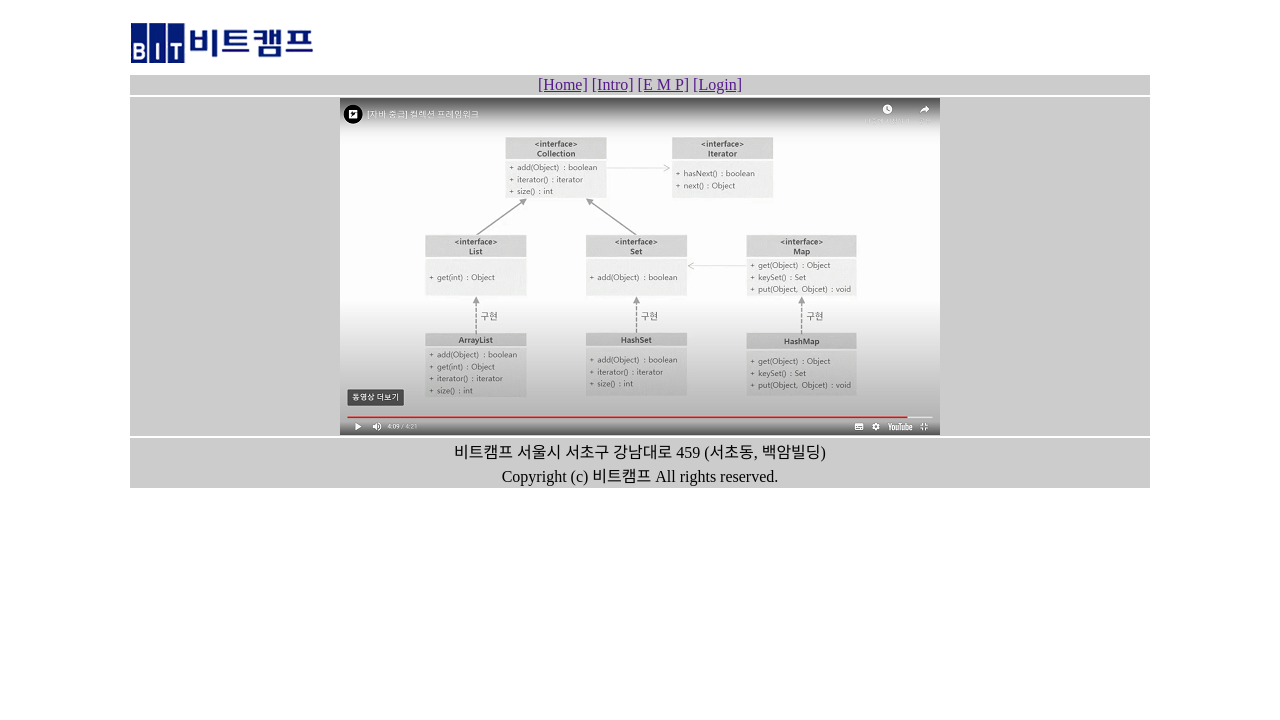
Repository: Lee-seongBeom/bitclass
Page: http://localhost/web09/?title=main
These files come from the project's save history. The page is drawn as it stood at one moment and after the next save; the edit follows.
The browser window is 1280 px wide. The pictures show the whole page.
The page is served by Tomcat 9. Other server files are loaded and not shown.

Above is the page before, as saved 2020-07-08 01:26:13.

### web/web09/WebContent/index.jsp
<%@ page language="java" contentType="text/html; charset=EUC-KR"
    pageEncoding="EUC-KR"%>
<!DOCTYPE html PUBLIC "-//W3C//DTD HTML 4.01 Transitional//EN" "http://www.w3.org/TR/html4/loose.dtd">
<html>
<head>
<meta http-equiv="Content-Type" content="text/html; charset=EUC-KR">
<title>Insert title here</title>
</head>
<body>
	<table width="1024" align="center">
		<tr>
			<td><img src="img/logo.png"></td>
		</tr>
		<tr>
			<td align="center" bgcolor="#cccccc">
				<a href="">[Home]</a>
				<a href="">[Intro]</a>
				<a href="">[E M P]</a>
				<a href="">[Login]</a>
			</td>
		</tr>
		<tr align="center" bgcolor="#cccccc">
		<%String title="main.jsp"; %>
			<td>
				<jsp:include page="<%=title%>"></jsp:include>
			</td>
		</tr>
		<tr align="center" bgcolor="#cccccc">
			<td>비트캠프 서울시 서초구 강남대로 459 (서초동, 백암빌딩)<br>
				Copyright (c) 비트캠프 All rights reserved.
			</td>
		</tr>

	</table>
</body>
</html>

### web/web09/WebContent/main.jsp
<%@ page language="java" contentType="text/html; charset=EUC-KR"
    pageEncoding="EUC-KR"%>
<!DOCTYPE html PUBLIC "-//W3C//DTD HTML 4.01 Transitional//EN" "http://www.w3.org/TR/html4/loose.dtd">
<html>
<head>
<meta http-equiv="Content-Type" content="text/html; charset=EUC-KR">
<title>Insert title here</title>
</head>
<body>
	<img alt="" src="img/img01.png">
</body>
</html>

### web/web09/WebContent/intro.jsp
<%@ page language="java" contentType="text/html; charset=EUC-KR"
    pageEncoding="EUC-KR"%>
<!DOCTYPE html PUBLIC "-//W3C//DTD HTML 4.01 Transitional//EN" "http://www.w3.org/TR/html4/loose.dtd">
<html>
<head>
<meta http-equiv="Content-Type" content="text/html; charset=EUC-KR">
<title>Insert title here</title>
</head>
<body>
	<h1>회사소개</h1>
	<img alt="" src="img/main-intro.jpg">
</body>
</html>

After the next save:
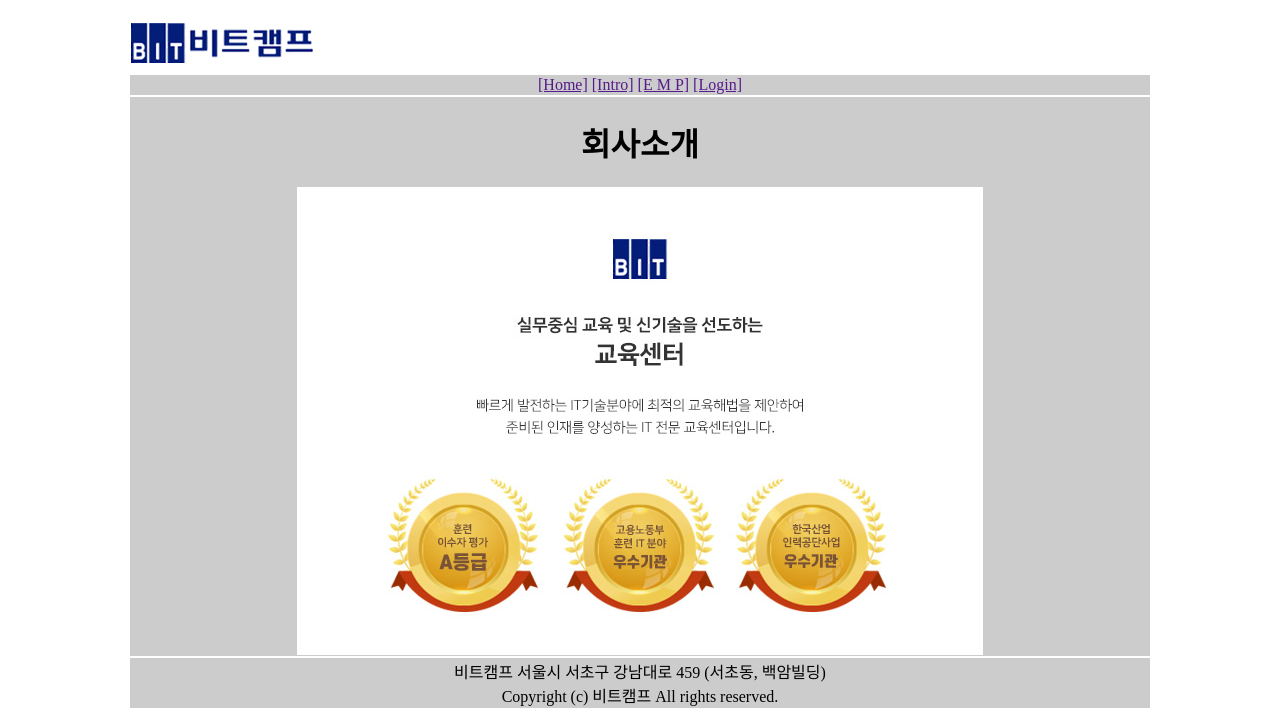
Saved 26 s later.
--- a/web/web09/WebContent/index.jsp
+++ b/web/web09/WebContent/index.jsp
@@ -20,7 +20,9 @@
 			</td>
 		</tr>
 		<tr align="center" bgcolor="#cccccc">
-		<%String title="main.jsp"; %>
+		<%
+		String title="intro.jsp";
+		%>
 			<td>
 				<jsp:include page="<%=title%>"></jsp:include>
 			</td>

After the save that followed:
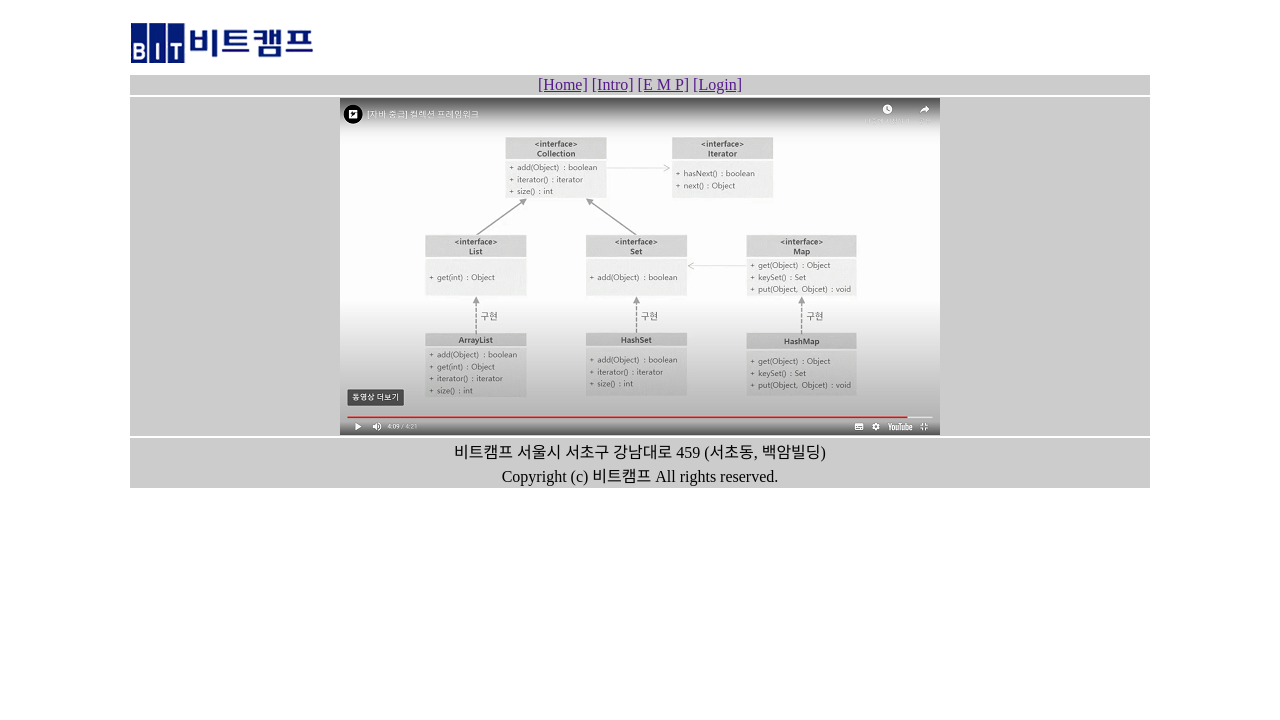
Saved 20 s later.
--- a/web/web09/WebContent/index.jsp
+++ b/web/web09/WebContent/index.jsp
@@ -21,7 +21,8 @@
 		</tr>
 		<tr align="center" bgcolor="#cccccc">
 		<%
-		String title="intro.jsp";
+		String title=request.getParameter("title");
+		title+=".jsp";
 		%>
 			<td>
 				<jsp:include page="<%=title%>"></jsp:include>
